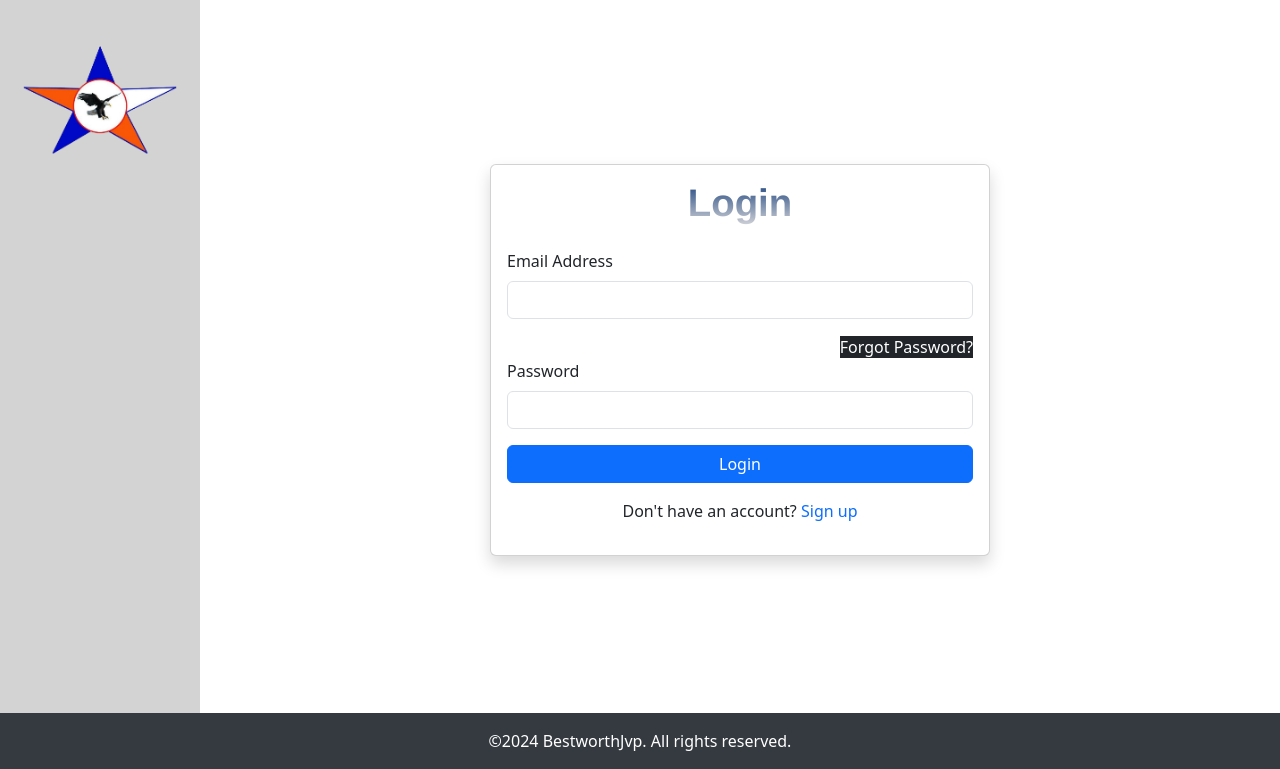
Repository: OVictor21/inventory
Page: /Login
An editor plug-in stored every save of this project. The page is shown before and after the next save, followed by the edit.
The browser window is 1280 px wide. The pictures show the whole page.
The project was rebuilt for these pictures with package versions that can differ from the ones it lists, and the page was loaded fresh each time. Also part of the build but not shown: src/components/signup.jsx, src/components/reset1.jsx, src/components/reset2.jsx.

Above is the page before, as saved 2024-12-15 15:20:27.

### src/index.css

.logo {
  background-size: cover;
  background-repeat: no-repeat;
  background-position: center;
  height: auto;
  width:9rem ;
}

.sign-in{
  width: 40vw;
  height: 65vw;
  left: 45vw;
  top: -10vw;
  overflow: hidden;
}

.login {
  display: flex;
  flex-direction: column;
  min-height: 100vh;
  overflow: hidden;

}

.nav-body {
  flex-grow: 1;
  background-color: #D3D3D3;
  width: 35vw;
  height: 65vw;
}

.text{
  top: 5vw;
  left: 6vw;
  background: linear-gradient(180deg, rgb(51, 85, 136) 13.5%, rgb(206, 208, 214) 100%);
  -webkit-background-clip: text !important;
  background-clip: text;
  -webkit-text-fill-color: transparent;
  text-fill-color: transparent;
  font-family: "Montserrat-Bold", Helvetica;
  font-weight: 700;
  color: transparent;
  font-size: 4vw;
  letter-spacing: 0;
  line-height: normal;
}



.text-wrapper-8 {
  background: linear-gradient(180deg, rgb(51, 85, 136) 13.5%, rgb(206, 208, 214) 100%);
  -webkit-background-clip: text !important;
  background-clip: text;
  -webkit-text-fill-color: transparent;
  text-fill-color: transparent;
  font-family: "Montserrat-Bold", Helvetica;
  font-weight: 600;
  color: transparent;
  font-size: 2vw;
  letter-spacing: 0;
  line-height: normal;
  top: 13vw;
  left: 6vw;
}

.email-text{
  font-size: 1.2vw;

}

.email{
  top: 17vw;
  left: 6vw;
}

.email-in{
  top: 23vw;
  left: 6vw;
  width: 80%;
  max-width: 80%;
  height: 5%;
}

.pass{
  top: 27vw;
  left: 6vw;
}

.pass-in{
  top: 33vw;
  left: 6vw;
  width: 80%;
  max-width: 80%;
  height: 5%;

}

.text-wrapper-7{
  font-family: "Montserrat-Regular", Helvetica;
  font-weight: 400;
  color: #00000061;
  font-size: 1.3vw;
  letter-spacing: 0;
  line-height: normal;
  top: 30vw;
  text-decoration: none;
  right: 2vw;
}



.sign-btn{
  background: linear-gradient(180deg, rgb(51, 85, 136) 93.5%, rgb(206, 208, 214) 97%);
  font-family: "Montserrat-Bold", Helvetica;
  font-weight: 700;
  font-size: 1.5rem;
  letter-spacing: 0;
  line-height: normal;
  width: 80%;
  height: 3rem;
  top: 42vw;
  left: 6vw;
  /* box-shadow: 0px 22px 75px #00000040; */
}


.acct{
  font-family: "Montserrat-Regular", Helvetica;
  font-weight: 700;
  color: #000000;
  font-size: 1.5vw;
  letter-spacing: 0;
  line-height: normal;
  top: 52vw;
  left: 6vw;
}

.acct-1{
  font-family: "Montserrat-Bold", Helvetica;
  font-weight: 700;
  color: rgb(51, 85, 136);
  font-size: 1.5vw;
  text-decoration: none;
  letter-spacing: 0;
  line-height: normal;
  top: 52vw;
  right: 3vw;
}



.pass-text{
font-size: 1.2vw;
}
.footer-body {
  background-color: #343a40; /* Example background color */
  text-align: center;
  padding: 1rem 0;
  margin-top: auto; /* Pushes the footer to the bottom */
}



.side{
  background-color: #D3D3D3;
}
.footers{
  top: 99vh;
  right: 0vw;
  background-color: #343a40;
}

.signuptext{
  top: 5vw;
  left: 6vw;
  background: linear-gradient(180deg, rgb(51, 85, 136) 13.5%, rgb(206, 208, 214) 100%);
  -webkit-background-clip: text !important;
  background-clip: text;
  -webkit-text-fill-color: transparent;
  text-fill-color: transparent;
  font-family: "Montserrat-Bold", Helvetica;
  font-weight: 700;
  color: transparent;
  font-size: 3vw;
  letter-spacing: 0;
  line-height: normal;
}

### src/App.js
// import Navbar from './components/navbar';
import 'bootstrap/dist/css/bootstrap.min.css';
import { BrowserRouter as Router, Route, Routes } from "react-router-dom";
// import Home from "./components/home";
import Login from "./components/login";
import Signup from './components/signup';
import Reset1 from './components/reset1';
import Reset2 from './components/reset2';



function App() {
  return (
    <div className="App">
      <Router>
      <Routes>
        {/* <Route path="/" element={<Navbar />} /> */}
        <Route path="/Login" element={<Login />} />
        <Route path="/Signup" element={<Signup/>} />
        <Route path='/Reset1' element={<Reset1/>} />
        <Route path='/Reset2' element={<Reset2 />} />
      </Routes>
    </Router>
    </div>
  );
}

export default App;

### src/components/login.jsx
const Login = () => {
  return (
    <div className="d-flex">
      {/* Sidebar with Logo */}
      <div className="side text-white d-flex flex-column align-items-center p-3 vh-100" style={{ width: '200px' }}>
        <a href="/" className="d-block mb-4">
          <img
            src="./logo.png" // Replace with your actual logo URL
            alt="Logo"
            className="img-fluid"
          />
        </a>
      </div>

      {/* Main Content Area with Sign-Up Form */}
      <div className="flex-grow-1 d-flex flex-column justify-content-center align-items-center p-4">
        <div className="card shadow p-3" style={{ maxWidth: '500px', width: '100%' }}>
          <h3 className="text-center mb-4 signuptext">Login</h3>
          <form>
            <div className="mb-3">
              <label htmlFor="email" className="form-label">
                Email Address
              </label>
              <input type="email" className="form-control" id="email" required />
            </div>
            <div className="mt-3 text-end">
          <a href="/forgot-password" className="text-decoration-none text-bg-dark">
      Forgot Password?
    </a>
  </div>
            <div className="mb-3">
              <label htmlFor="password" className="form-label">
                Password
              </label>
              <input type="password" className="form-control" id="password" required />
            </div>
            <div className="d-grid">
              <button type="submit" className="btn btn-primary">
                Login
              </button>
            </div>

            <div className="text-center mt-3 ">
    <p>Don't have an account?{' '}<a href="/Signup" className="text-decoration-none">Sign up</a></p>
  </div>

          </form>
        </div>

        {/* Footer */}
        <footer className="mt-auto text-center py-3 w-100 position-absolute footers text-white ">
          <p className="mb-0">&copy;2024 BestworthJvp. All rights reserved.</p>

        </footer>
      </div>
    </div>
  );
};

export default Login;

Loaded but not shown: public/index.html (common file); src/index.js (common file); src/reportWebVitals.js (common file)

After the next save:
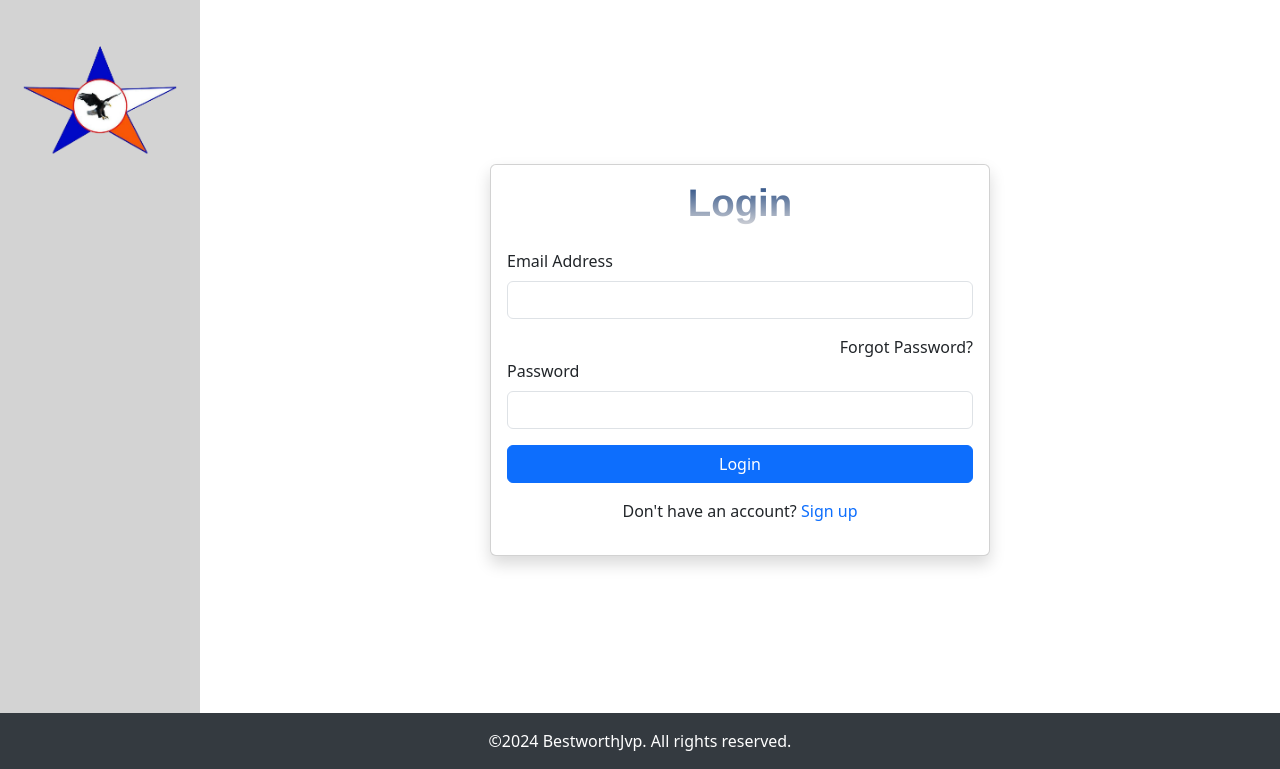
Saved 5 s later.
--- a/src/components/login.jsx
+++ b/src/components/login.jsx
@@ -24,7 +24,7 @@ const Login = () => {
               <input type="email" className="form-control" id="email" required />
             </div>
             <div className="mt-3 text-end">
-          <a href="/forgot-password" className="text-decoration-none text-bg-dark">
+          <a href="/forgot-password" className="text-decoration-none text-dark">
       Forgot Password?
     </a>
   </div>
